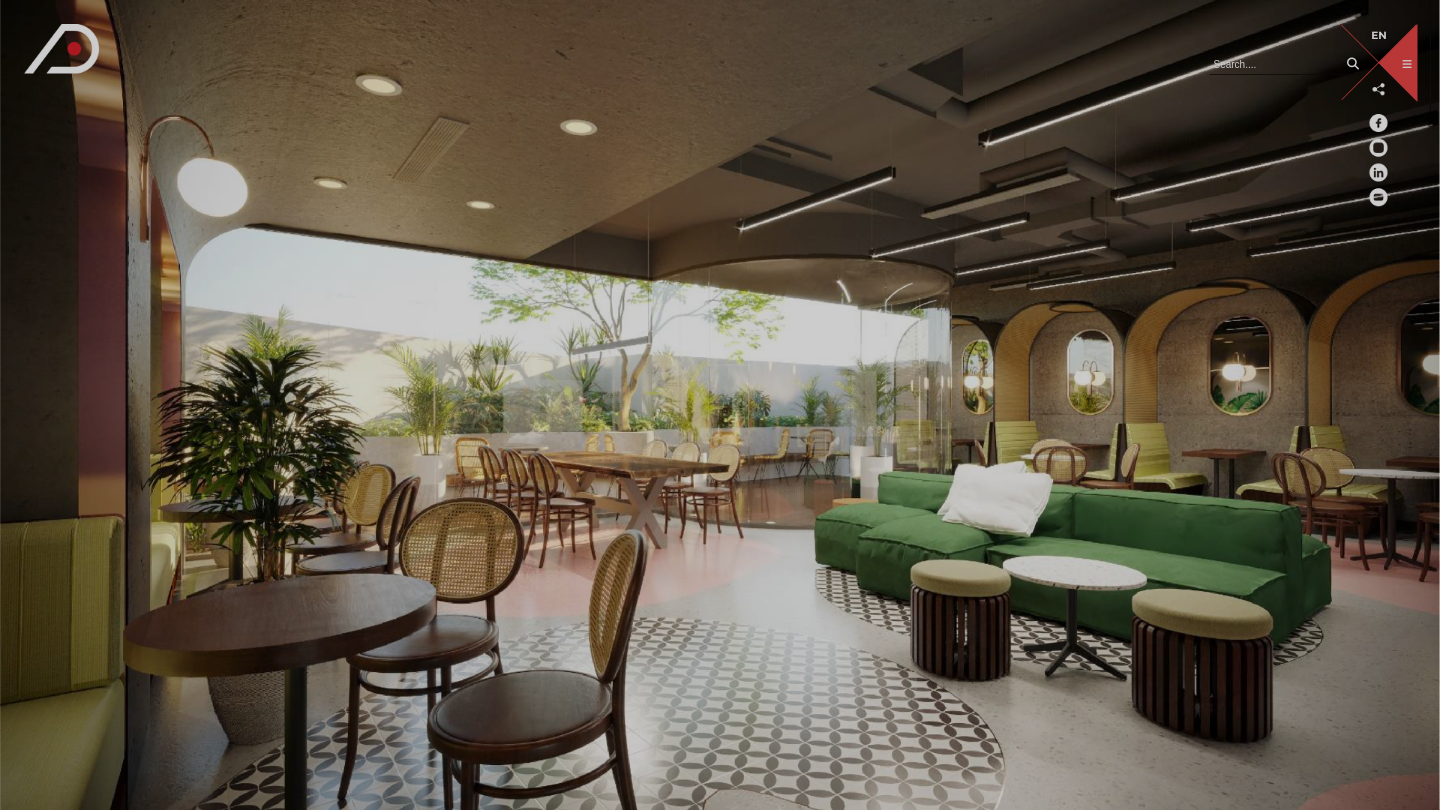
Repository: iphoneboy46/demoMonaFigma
Page: index.html
An editor plug-in stored every save of this project. The page is shown before and after the next save, followed by the edit.
The browser window is 1280 px wide. The page is 1920 px wide, so the pictures cover 1920 px, including what lies to the right of the window. The pictures show the whole page, at 75% of full size.
Some web libraries are served in a nearby version.

Above is the page before, as saved 2023-03-20 13:13:39.

### index.html
<!DOCTYPE html>
<html lang="en">
  <head>
    <meta charset="UTF-8" />
    <meta http-equiv="X-UA-Compatible" content="IE=edge" />
    <meta name="viewport" content="width=device-width, initial-scale=1.0" />
    <title>Demo Page</title>
    <link rel="stylesheet" href="style.css" />
    <link rel="preconnect" href="https://fonts.googleapis.com" />
    <link rel="preconnect" href="https://fonts.gstatic.com" crossorigin />
    <link
      href="https://fonts.googleapis.com/css2?family=Montserrat:wght@400;700&display=swap"
      rel="stylesheet"
    />
    <link
      rel="stylesheet"
      href="https://cdnjs.cloudflare.com/ajax/libs/font-awesome/6.3.0/css/all.min.css"
      integrity="sha512-SzlrxWUlpfuzQ+pcUCosxcglQRNAq/DZjVsC0lE40xsADsfeQoEypE+enwcOiGjk/bSuGGKHEyjSoQ1zVisanQ=="
      crossorigin="anonymous"
      referrerpolicy="no-referrer"
    />
  </head>
  <body>
    <header>
      <div class="header_top">
        <div class="header_top-logo">
          <img src="image/Layer 2 1.png" alt="" />
        </div>
        <div class="header_top-menu">
          <ul class="header_top-menu--list">
            <li class="header_top-menu--items">
              <div class="arrow-down">
                <div class="header_menu--item-1">EN</div>
              </div>
            </li>
            <li class="header_top-menu--items">
              <div class="arrow-right">
                <input placeholder="Search...."  type="text">
                <i class="fa-solid fa-magnifying-glass header_menu--item-2"></i>
              </div>
            </li>
            <li class="header_top-menu--items">
              <div class="arrow-left">
                <i class="fa-solid fa-bars header_menu--item-3"></i>
              </div>
            </li>
            <li class="header_top-menu--items">
              <div class="arrow-up">
                <img
                  class="header_menu--item-4"
                  src="image/path2191.png"
                  alt=""
                />


              </div>
              <ul class="header_menu--links">
                <li>
                    <a href="">
                        <img src="image/01.Facebook.png" alt="">
                    </a>
                </li>
                <li>
                    <a href="">
                        <img src="image/Vector (1).png" alt="">
                    </a>
                </li>
                <li>
                    <a href="">
                        <img src="image/10.Linkedin.png" alt="">
                    </a>
                </li>
                <li>
                    <a href="">
                        <img src="image/ytb.png" alt="">
                    </a>
                </li>
            </ul>
            </li>
          </ul>
        </div>
      </div>
    </header>
    <script src="index.js"></script>
  </body>
</html>

### style.css
* {
    padding: 0;
    margin: 0;
    box-sizing: border-box;
}

body {
    width: 1920px;
    margin: 0 auto;

}

:root {
    --color-main: #e84545;
}

header {
    width: 1920px;
    height: 1080px;
    background: url(./image/img-pip@2x\ 1.png);
    background-size: 100%;
    background-repeat: no-repeat;
    filter: brightness(80%);
    z-index: 1;
    font-family: "Montserrat", sans-serif;
}



.header_top {
    display: flex;
    justify-content: space-between;
    padding: 32px;

}

.header_top-logo {}

.header_top-menu--list {
    color: white;
    list-style: none;
    position: relative;
    padding-right: 50px;
}

.header_top-menu--list::before {
    content: "";
    display: block;
    position: absolute;
    width: 141px;
    height: 1px;
    top: 0px;
    left: -120px;
    transform: rotate(45deg) translate(50%, 50%);
    background-color: var(--color-main);
}

.header_top-menu--list::after {
    content: "";
    display: block;
    position: absolute;
    width: 141px;
    height: 1px;
    top: 100px;
    left: -120px;
    transform: rotate(-45deg) translate(50%, 50%);
    background-color: var(--color-main);
}

.header_top-menu--items {
    position: relative;
    cursor: pointer;
}



.arrow-down {
    width: 0;
    height: 0;
    z-index: 1;
    border-top: 52px solid transparent;
    border-right: 52px solid transparent;
    border-left: 52px solid transparent;
    position: absolute;
    left: -104px;
    top: -26px;
    transform: translate(50%, 50%);
    transition: all linear 0.5s;

}



.arrow-up {
    width: 0;
    height: 0;
    border-bottom: 52px solid transparent;
    border-right: 52px solid transparent;
    border-left: 52px solid transparent;
    position: absolute;
    transform: translate(50%, 50%);
    left: -103px;
    top: 25px;

    transition: all linear 0.5s;
}



.arrow-left {
    width: 0;
    height: 0;
    border-top: 52px solid transparent;
    border-bottom: 52px solid transparent;
    border-left: 52px solid transparent;
    position: absolute;
    transform: translate(50%, 50%);
    top: -50px;
    left: -75px;
    transition: all linear 0.5s;

}


.arrow-right {
    width: 0;
    height: 0;
    border-top: 52px solid transparent;
    border-bottom: 52px solid transparent;
    border-right: 52px solid #E84545;
    position: absolute;
    right: -52px;

    transition: all linear 0.5s;

}

.arrow-right>input {
    position: absolute;
    top: -10px;
    right: 25px;
    width: 200px;
    background-color: transparent;
    padding: 5px;
    color: white;
    outline: none;
    border: none;
    border-bottom: 1px solid #0C0B09;
    z-index: 5;
}

.arrow-right>input::placeholder{
    color:white;
}

.arrow-right>input:focus{
    border-bottom: 1px solid #ffffff;
}



.header_menu--item-1 {


    position: absolute;
    top: -85px;
    left: -50px;
    transform: translate(50%, 50%);
    color: white;
    font-size: 14px;
    font-weight: 700;
    padding: 15px;
    z-index: 10;
}

.header_menu--item-2 {
    position: absolute;
    top: -45px;
    left: -80px;
    transform: translate(50%, 50%);
    color: white;

    font-size: 16px;
    font-weight: 700;
    padding: 15px;
    z-index: 10;
}

.header_menu--item-3 {
    position: absolute;
    top: -45px;
    right: -35px;
    transform: translate(50%, 50%);
    color: white;
    font-size: 14px;
    font-weight: 700;
    padding: 15px;
    z-index: 10;
}

.header_menu--item-4 {
    position: absolute;


    top: -10px;
    left: -47px;
    transform: translate(50%, 50%);
    color: white;
    font-size: 14px;
    font-weight: 700;
    padding: 15px;
    z-index: 10;
}

.header_menu--links{
    position: absolute;
    top:120px;
    left: -12px;
    list-style: none;
}

.header_menu--links > li {
    margin-bottom: 5px;
}

.header_menu--links > li > a > img {
   width:24px;
   height: 24px;
}

Loaded but not shown: index.js (no stored copy; drawn as an empty file)

After the next save:
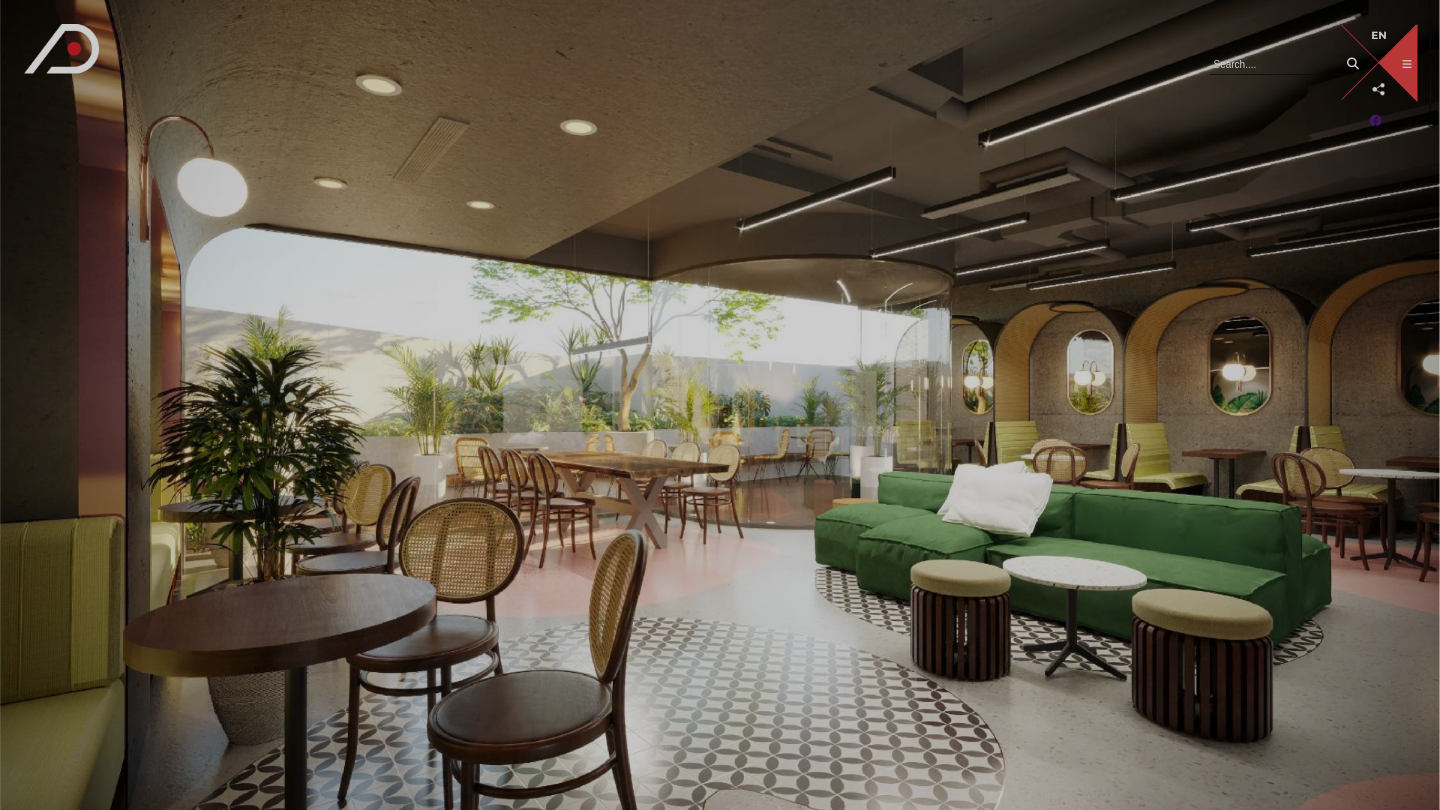
Saved 116 s later.
--- a/index.html
+++ b/index.html
@@ -57,22 +57,22 @@
               <ul class="header_menu--links">
                 <li>
                     <a href="">
-                        <img src="image/01.Facebook.png" alt="">
+                        <i class="fa-brands fa-facebook"></i>
                     </a>
                 </li>
                 <li>
                     <a href="">
-                        <img src="image/Vector (1).png" alt="">
+
                     </a>
                 </li>
                 <li>
                     <a href="">
-                        <img src="image/10.Linkedin.png" alt="">
+
                     </a>
                 </li>
                 <li>
                     <a href="">
-                        <img src="image/ytb.png" alt="">
+
                     </a>
                 </li>
             </ul>
